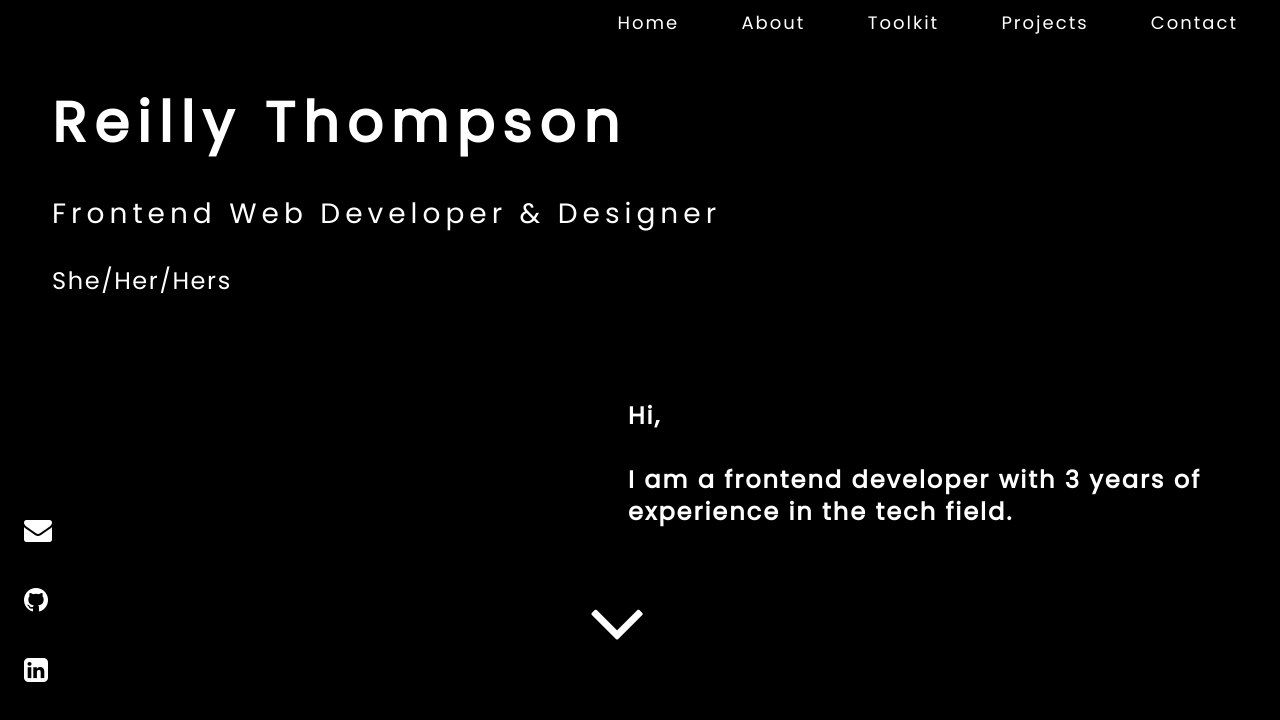
Repository: Rthompson2548/portfolio
Page: index.html
The author's editor kept a copy of each file at every save. The page is drawn from the files as they stood at one save, then again after the next save.
The browser window is 1280 px wide. The pictures show the whole page.
Some web libraries are served in a nearby version.

Above is the page before, as saved 2022-04-12 13:34:45.

### index.html
<!DOCTYPE html>
<html>

<head>
	<meta name="viewport" content="width=device-width, initial-scale=1" />
	<!-- nav bar icons -->
	<link rel="stylesheet" href="https://cdnjs.cloudflare.com/ajax/libs/font-awesome/4.7.0/css/font-awesome.min.css" />
	<!-- font -->
	<link href="https://fonts.googleapis.com/css2?family=Roboto+Mono&display=swap" rel="stylesheet">
	<!-- toolkit icons -->
	<link rel="stylesheet" href="https://cdn.jsdelivr.net/gh/devicons/devicon@v2.14.0/devicon.min.css" />
	<link rel="stylesheet" href="https://cdn.jsdelivr.net/gh/devicons/devicon@v2.14.0/devicon.min.css" />
	<link href="https://fonts.googleapis.com/icon?family=Material+Icons" rel="stylesheet" rel="stylesheet" />
	<link rel="preconnect" href="https://fonts.googleapis.com">
	<link rel="preconnect" href="https://fonts.gstatic.com" crossorigin>
	<link href="https://fonts.googleapis.com/css2?family=Poppins&display=swap" rel="stylesheet">
	<!-- style.css file -->
	<link rel="stylesheet" href="style.css" />
	<title>Reilly Thompson</title>
</head>
<header class="header-container">
	<!-- nav bar -->
	<div id="nav-bar" class="nav-bar selectSection">
		<div>
			<button type="button" data-number="1" id="go-to-home" class="nav-bar-item active" href="#home">
					Home
				</button>
				<button type="button" data-number="2" id="go-to-about" class="nav-bar-item" href="#about">
					About
				</button>
				<button type="button" data-number="3" id="go-to-toolkit" class="nav-bar-item" href="#toolkit">
					Toolkit
				</button>
				<button type="button" data-number="4" id="go-to-projects" class="nav-bar-item" href="#projects">
					Projects
				</button>
				<button type="button" data-number="5" id="go-to-contact" class="nav-bar-item" href="#contact">
					Contact
				</button>
				</div>
				</div>
</header>

<body>
	<div class="contentSection">
		<!-- home page -->
		<div class="home content" data-number="1" id="home content">

			<div class="home-left">
				<p class="home-contact-icon">
					<a href="mailto: thompson.reilly@yahoo.com">
						<i class="fa fa-envelope" aria-hidden="true"></i> </a>
				</p>

				<p class="home-contact-icon">
					<a href="https://github.com/Rthompson2548" target="_blank">
						<i class="fa fa-github" aria-hidden="true"></i>
					</a>
				</p>

				<p class="home-contact-icon">
					<a href="https://www.linkedin.com/in/reillythompson/" target="_blank">
						<i class="fa fa-linkedin-square contact-icon-size white"></i>
					</a>
				</p>
			</div>

			<div class="home-middle">
				<h1 class="home-page-name">Reilly Thompson</h1>
				<h3 class="home-page-description">Frontend Web Developer & Designer<h3 />
				<h3 class="pronouns">
					She/Her/Hers
					<h3 />

			</div>

			<div class="home-right">
					<h4>Hi,</h4>
					<h4>I am a frontend developer with 3 years of experience in the tech field.
					</h4>

			</div>


			<div id="nav-bar" class="selectSection go-down-btn">

				<button type="button" data-number="2" id="go-to-about" class="nav-bar-item" href="#about">
					<i class="fa fa-angle-down"></i>
				</button>

			</div>


		</div>
		<!-- about -->
		<div name="about" data-number="2" id="about content" class="about content">
			<h2 class="page-title">About</h2>
			<div class="about-page">
				<div>
					<p class="about-text">
						Hi there,
					</p>
					<p></p>
					<p class="about-text">
						Thanks for stopping by! I am a Front End Software Developer with a background in design. I have a passion for leveraging my technical and creative skills to build beautiful, responsive web applications.
					</p>
					<p class="about-text">
						I recently received my certificate from an intensive full stack software development course at Thinkful. My time nowadays is spent improving my tech skills, designing & developing front-end applications, and learning new things.
					</p>
					<p class="about-text">
						When I'm not coding, you can find me spending time with friends, family, and my dogs.
					</p>
				</div>
				<!-- <div>
					<img class="profile-img" src="/images/profile.jpg" alt="">
				</div> -->
			</div>
			</div>
			<!-- toolkit -->
			<div name="toolkit" data-number="3" id="toolkit content" class="toolkit content">
				<h2 class="page-title">Toolkit</h2>
			<div>
				<!-- icon grid here -->
				<div>
					<h1 class="toolkit-icons-row toolkit-section-title">Front End</h1>
					<div class="toolkit-icons-row">
						<i class="toolkit-icon devicon-html5-plain-wordmark colored"></i>
						<i class="toolkit-icon devicon-css3-plain-wordmark colored"></i>
						<i class="toolkit-icon devicon-react-original-wordmark colored"></i>
						</div>
						<div class="toolkit-icons-row">
							<i class="toolkit-icon devicon-bootstrap-plain-wordmark "></i>
							<i class="toolkit-icon devicon-jquery-plain-wordmark colored"></i>
					</div>
				</div>

				<div>
					<h1 class="toolkit-icons-row toolkit-section-title">Back End</h1>
					<div class="toolkit-icons-row">
						<i class="toolkit-icon devicon-nodejs-plain-wordmark colored"></i>
						<i class="toolkit-icon devicon-express-original white"></i>
						<i class="toolkit-icon devicon-postgresql-plain-wordmark colored"></i>
					</div>
				</div>
				<div>
					<h1 class="toolkit-icons-row toolkit-section-title">Additional Tools</h1>

						<div class="toolkit-icons-row">
							<i class="toolkit-icon devicon-javascript-plain colored"></i>
							<i class="toolkit-icon devicon-heroku-plain-wordmark "></i>
							<i class="toolkit-icon devicon-typescript-plain colored"></i>
							</div>
							<div class="toolkit-icons-row">
							<i class="toolkit-icon devicon-git-plain-wordmark red"></i>
							<i class="toolkit-icon devicon-vscode-plain-wordmark colored"></i>
						</div>
				</div>
				</div>
			</div>
					<!-- projects -->
		<div name="projects" class="projects content" data-number="4" id="projects content">
						<h2 class="page-title">Projects</h2>

							<div class="project-section">
								<div class="project-title">
									<a href="https://cocktail-point.vercel.app/" target="_blank">
										Hex Code Generator
									</a>

								</div>

								<div class="demo-code">
									<a class="demo-code-item demo-code-item-first" href="https://github.com/Rthompson2548/hex-code-generator"
										target="_blank">
										<p>Code</p>
										<i class="fa fa-code"></i>
									</a>

									<a class="demo-code-item" href="https://hex-code-generator.vercel.app/" target="_blank">
										<p>Demo</p>
										<i class="fa fa-eye"></i>
									</a>

								</div>


								<a href="https://hex-code-generator.vercel.app/" target="_blank">
									<img src="/images/updated-hex-generator.PNG">
								</a>
							</div>


							<div class="project-section">
								<div class="project-title">
									<a href="https://cocktail-point.vercel.app/" target="_blank">
										Cocktail Handbook
									</a>

								</div>
								<div class="demo-code">
									<a class="demo-code-item demo-code-item-first" href="https://github.com/Rthompson2548/cocktails" target="_blank">
										<p>Code</p>
										<i class="fa fa-code"></i>
									</a>

									<a class="demo-code-item" href="https://cocktail-point.vercel.app/" target="_blank">
										<p>Demo</p>
										<i class="fa fa-eye"></i>
									</a>

								</div>


								<a href="https://cocktail-point.vercel.app/" target="_blank">
									<img src="/images/cocktail-handbook.PNG" alt="movie booker project image">
								</a>
							</div>

							<div class="project-section">
								<div class="project-title">
									<a href="https://github.com/Rthompson2548/boolean-job-searcher" target="_blank">
										Boolean Job Finder
									</a>

								</div>

								<div class="demo-code">
									<a class="demo-code-item demo-code-item-first" href="https://github.com/Rthompson2548/boolean-job-searcher"
										target="_blank">
										<p>Code</p>
										<i class="fa fa-code"></i>
									</a>

									<a class="demo-code-item" href="https://boolean-job-searcher.vercel.app/" target="_blank">
										<p>Demo</p>
										<i class="fa fa-eye"></i>
									</a>

								</div>


								<a href="https://boolean-job-searcher.vercel.app/" target="_blank">
									<img src="/images/boolean.PNG">
								</a>
							</div>


						<div class="project-section">
							<div class="project-title">
								<a href="https://finance-tracker-woad.vercel.app/" target="_blank">
									Finance Tracker
								</a>
							</div>


							<div class="demo-code">
								<a class="demo-code-item demo-code-item-first" href="https://github.com/Rthompson2548/finance-tracker"
									target="_blank">
									<p>Code</p>
									<i class="fa fa-code"></i>
								</a>

								<a class="demo-code-item" href="https://finance-tracker-woad.vercel.app/" target="_blank">
									<p>Demo</p>
									<i class="fa fa-eye"></i>
								</a>

							</div>

							<a href="https://finance-tracker-woad.vercel.app/" target="_blank">
								<img src="/images/finance-tracker-img.PNG" alt="movie booker project image">
							</a>
						</div>

						<div class="project-section">
							<div class="project-title">
								<a href="https://movie-theatre-booking-app.vercel.app/" target="_blank">
									Cinema Hub
								</a>
							</div>



							<div class="demo-code">
								<a class="demo-code-item demo-code-item-first" href="https://github.com/Rthompson2548/cinema-hub"
									target="_blank">
									<p>Code</p>
									<i class="fa fa-code"></i>
								</a>

								<a class="demo-code-item" href="https://movie-theatre-booking-app.vercel.app/" target="_blank">
									<p>Demo</p>
									<i class="fa fa-eye"></i>
								</a>

							</div>


						<a href="https://movie-theatre-booking-app.vercel.app/" target="_blank">
								<img src="/images/cinema-hub-app.PNG" alt="movie booker project image">
							</a>
						</div>

						<div class="project-section">
							<div class="project-title">
								<a href="https://project-decoder-ring.vercel.app/" target="_blank">
									Crypto-Messenger
								</a>
							</div>




							<div class="demo-code">
								<a class="demo-code-item demo-code-item-first" href="https://github.com/Rthompson2548/encode-decode" target="_blank">
									<p>Code</p>
									<i class="fa fa-code"></i>
								</a>

								<a class="demo-code-item" href="https://project-decoder-ring.vercel.app/" target="_blank">
									<p>Demo</p>
									<i class="fa fa-eye"></i>
								</a>

							</div>

							<a href="https://project-decoder-ring.vercel.app/" target="_blank">
								<img src="/images/crypto-message-application.PNG" alt="decoder ring app project image">
							</a>
						</div>




		</div>
		<!-- contact -->
		<div name="contact" data-number="5" id="contact content" class="contact content">
			<h1 class="page-title">Contact Me</h1>

				<ul class="contact-icons">
					<li class="contact-icon">
							<a href="https://github.com/Rthompson2548" target="_blank">
								<i class="fa fa-github" aria-hidden="true"></i>

							</a>
							<p class="contact-icon-text">@Rthompson2548</p>
					</li>

					<li class="contact-icon">
							<a href="https://www.linkedin.com/in/reillythompson/" target="_blank">
								<i class="fa fa-linkedin-square contact-icon-size white"></i>
							</a>
							<p class="contact-icon-text">@reillythompson</p>
					</li>

					<li class="contact-icon">
						<a href="mailto: thompson.reilly@yahoo.com">
							<i class="fa fa-envelope" aria-hidden="true"></i> </a>
						<p class="contact-icon-text">thompson.reilly@yahoo.com</p>

					</li>

					<li class="contact-icon">
						<a href="tel:9712803415">
							<i class="fa fa-phone" aria-hidden="true"></i>
						</a>
						<p class="contact-icon-text">971-280-3415</p>
					</li>

					<li class="contact-icon">
						<a href="sms:9712803415">
							<i class="fa fa-comment" aria-hidden="true"></i>
						</a>
						<p class="contact-icon-text">971-280-3415</p>

					</li>
				</ul>
		</div>


		</div>
		</div>

	<script src="script.js"></script>
</body>

</html>

### style.css
/* global */
* {
  font-family: 'Poppins', sans-serif;
  max-width: 100%;
  background-color: #000;
  color: #fff;
  letter-spacing: 2px;
}

a {
  text-decoration: none;
  color: #fff;
  letter-spacing: 4px;
  padding-bottom: 5px;
}

.fa-angle-down {
  font-size: 58px;
  font-weight: medium;
  text-align: center !important;
}

.go-down-btn {
  position: fixed;
  left: 50%;
  bottom: 0px;
  transform: translate(-50%, -50%);
  margin: 0 auto;
}

.header-container {
  display: flex;
  flex-direction: row;
}

.hidden {
  display: none;
}

.content {
  margin: 10px 36px 0px 36px;
  padding-top: 24px;
}

.page-title {
  font-size: 42px;
  margin-bottom: 16px;
}

.nav-bar {
  display: flex;
  position: fixed;
  padding-bottom: 10px;
  justify-content: space-evenly;
  width: 100%;
  top: 0;
}

.fa-code {
  color: #fff;
}


.nav-bar-item {
  font-size: 10px;
  border: none;
  margin-top: 8px;
}

.home {
  display: flex;
  flex-direction: column;
}

.home-middle {
  margin-left: 8px;
}

.home-right {
  right: 0;
  bottom: 0;
  position: absolute;
  font-size: 14px;
  font-weight: 100 !important;
  width: 250px;
  margin: 0 12px 80px 0;
  line-height: 2.5rem;
}

.home-contact-icon {
  font-size: 28px;
}

.home-left {
  left: 0;
  bottom: 0;
  position: absolute;
  padding: 0 12px 0 24px;
}

.view-work-button {
  padding: 8px 28px;
  margin-top: 12px;
  border: none;
  color: #fff;
  border-radius: 12px;
  font-size: 16px;
  letter-spacing: 1.5px;
  background-color: blueviolet;
}

.profile-img {
  width: 300px;
  height: auto;
}

.pronouns {
  font-size: 16px;
  letter-spacing: 1.6px;
  font-weight: normal;
}

.home-page-name {
  font-size: 28px;
  font-weight: medium;
  overflow-wrap: normal;
  width: 350px;
  display: table-caption;
  margin-bottom: 0px;
  letter-spacing: 5px;
}

.home-page-description {
  font-size: 16px;
  font-weight: normal;
  width: 350px;
}

.toolkit-section-title {
  font-size: 28px;
  letter-spacing: 2px;
  font-weight: normal;
}

.toolkit-icons-row {
  display: flex;
  justify-content: space-evenly;
  margin: 72px 10px 40px 0;
}

.toolkit-icon {
  font-size: 65px;
  margin: 0 6px;
}

/* change name */
.white-icon {
  color: rgb(255, 255, 255);
  margin-right: 14px;
  text-decoration: none;
  font-size: 20px;
}


.contact-icon {
  text-decoration: none;
  font-size: 36px;
  display: flex;
  flex-direction: column;
  align-items: center;

}

.contact-icon-text {
  font-size: 14px;
  margin-top: 0px;
}

.contact-icons {
  font-size: 42px;
  margin-top: 25%;
}

.project-section {
  display: flex;
  flex-direction: column;
  align-items: center;
  margin: 52px 0;
}

.project-section i {
  font-size: 32px;
  margin-bottom: 24px;
}

.project-section img {
  border-radius: 5px;
  width: 300px;
  height: auto;
  box-shadow: rgba(0, 0, 0, 0.07) 0px 1px 1px, rgba(0, 0, 0, 0.07) 0px 2px 2px, rgba(0, 0, 0, 0.07) 0px 4px 4px, rgba(0, 0, 0, 0.07) 0px 8px 8px, rgba(0, 0, 0, 0.07) 0px 16px 16px;
}

.demo-code {
  display: flex;
  justify-content: center;
}

.demo-code-item {
  display: flex;
  flex-direction: column;
  align-items: center;
  margin: 3px 10px;
}

.demo-code-item i {
  font-size: 20px;
}

.project-title {
  font-weight: bold;
  font-size: 18px;
  margin: 18px 0;
  /* text-shadow:
    0 0 7px #fff,
    0 0 10px #fff,
    0 0 21px #fff,
    0 0 42px #0fa,
    0 0 82px #0fa,
    0 0 92px #0fa,
    0 0 102px #0fa,
    0 0 151px #0fa; */
}

.page-text {
  font-size: 20px;
  letter-spacing: 1.25px;
  font-weight: 100;
  line-height: 2rem;
  /* margin: 0 75px 32px 0; */
}

.about-page {
  display: flex;
  flex-direction: column;
}

.about-text {
  font-size: 14px;
  width: 300px;
}
/** only displays home page when website is displayed */
.content:not(:first-child) {
    display: none;
}


@media (min-width: 500px) {
  .nav-bar-item {
    font-size: 14px;
    margin-right: 18px;
  }

  .home-page-description {
    font-size: 18px;
    width: 500px;
  }

  .home-page-name {
    width: 500px;
    font-size: 36px;
  }

  .home-right {
    width: 350px;
    font-size: 18px;
    margin-right: 32px;
    margin-bottom: 116px;
  }

  .about-text {
    font-size: 16px;
    width: 450px;
  }
}

@media (min-width: 600px) {
  .about-text {
    width: 575px;
  }

  .toolkit-section-title {
    font-size: 38px;
  }
}

/* desktop view */
@media (min-width: 800px) {
  .contact {
    font-size: 30px;
  }

  .fa-angle-down {
    font-size: 72px;
  }

  .view-work-button {
    margin-top: 30px;
    padding: 12px 38px;
    font-size: 24px;
  }

  .home-page-description {
    font-size: 24px;
    letter-spacing: 4px;
    /* margin-left: 14px; */
    margin-bottom: 28px;
  }

  .home-right {
    width: 500px;
    font-size: 20px;
    margin: 0 52px 125px 0px;
    line-height: 2rem;
  }

  .pronouns {
    font-size: 24px;
  }

  .nav-bar-item {
    font-size: 16px;
    padding-right: 32px;
  }

  .nav-bar {
    display: flex;
    justify-content: end;
  }

  .page-title {
    font-size: 42px;
    margin-bottom: 24px;
    font-weight: 300;
    margin-right: 12px;
  }

  .home-page-name {
    font-size: 48px;
    width: 750px;
  }

  .toolkit-icon {
    font-size: 100px;
    margin: 22px;
  }

  .home {
    flex-direction: row;
  }

  .project-section img {
    width: 400px;
    height: auto;
    box-shadow: rgba(0, 0, 0, 0.3) 0px 19px 38px, rgba(0, 0, 0, 0.22) 0px 15px 12px;
  }

  .project-title {
    font-size: 32px;
  }

  .contact-icons {
    font-size: 100px;
    margin-top: 10%
  }

  .contact {
    margin-bottom: 0 !important;
  }

  .page-text {
    margin: 0 75px 0 0;
  }

.about-page {
  display: flex;
  flex-direction: row;
}

.about-text {
  font-size: 22px;
  line-height: 2.25rem;
  width: 750px;
}

.profile-img {
  width: 300px;
  height: auto;
  /* margin-top: 40px; */
  margin-bottom: 12px;
  margin-right: 75px;
}

}



@media (min-width: 900px) {

.about-page {
  display: flex;
  flex-direction: row;
}

.fa-angle-down {
  font-size: 92px;
}

.profile-img {
  width: 500px;
  height: auto;
  margin-right: 100px;
}

  .home-page-name {
    letter-spacing: 8px;
    font-size: 56px;
    width: 700px;
  }

  .home-page-description {
    font-size: 28px;
    letter-spacing: 5px;
    width: 700px;
  }

  .home-right {
    width: 600px;
    font-size: 24px;
    margin-bottom: 160px;
  }

  .nav-bar-item {
    font-size: 18px;
  }

   .project-section img {
    width: 600px;
    height: auto;
  }

  .page-text {
    margin: 0 250px 10px 0;
  }
}

@media (min-width: 1000px) {
  .about-text {
    width: 950px;
  }

  .toolkit-section-title {
    font-size: 42px;
  }

  .page-title {
    font-size: 44px;
  }
}

@media (min-width: 1200px) {
  .about-text {
    width: 1175px;
  }
}

### script.js
let Buttons = document.querySelectorAll(".selectSection button")

const goToHomePage = document.getElementById("go-to-home");
const home = document.getElementById("home");

const goToAboutPage = document.getElementById("go-to-about");
const about = document.getElementById("about");


const goToToolkitPage = document.getElementById("go-to-toolkit");
const toolkit = document.getElementById("toolkit");

const goToProjectsPage = document.getElementById("go-to-projects");
const projects = document.getElementById("projects");

const goToContactPage = document.getElementById("go-to-contact")
const contact = document.getElementById("contact");


for (let button of Buttons) {
    button.addEventListener("click", (event) => {
        const eventTarget = event.target;

        const activePage = document.querySelector(".active");

        if (activePage) {
            activePage.classList.remove("active");
        }

        eventTarget.classList.add("active");

        let allContent = document.querySelectorAll(".content");

        for (let content of allContent) {
            if (content.getAttribute("data-number") === button.getAttribute("data-number")) {
                content.style.display = "block";
            }

            else {
                content.style.display = "none";
            }
        }
    })
}

After the next save:
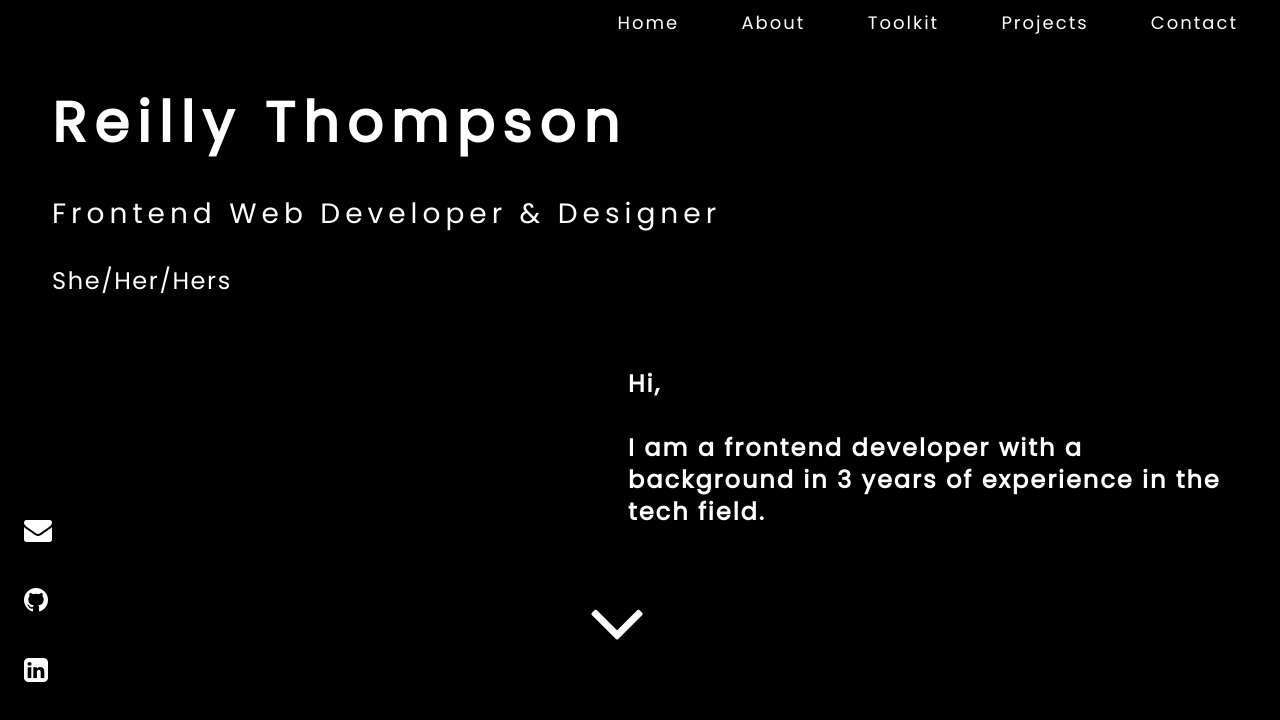
Saved 35 s later.
--- a/index.html
+++ b/index.html
@@ -76,7 +76,7 @@
 
 			<div class="home-right">
 					<h4>Hi,</h4>
-					<h4>I am a frontend developer with 3 years of experience in the tech field.
+					<h4>I am a frontend developer with a background in 3 years of experience in the tech field.
 					</h4>
 
 			</div>
